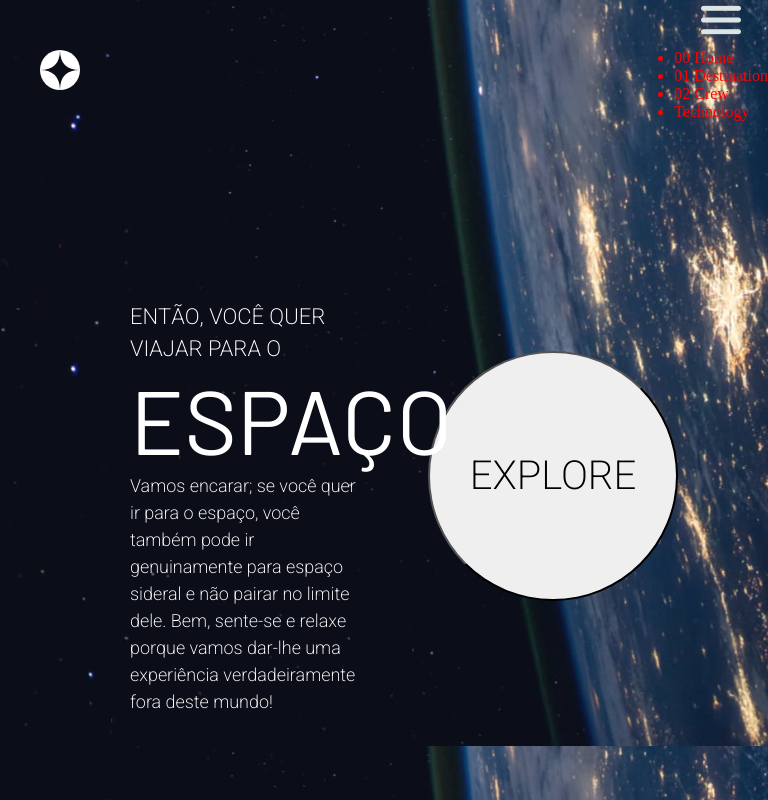
Repository: Leonngc/space-site
Page: space-tourism-website-main/space-tourism-website-main/starter-code/index.html
The author's editor kept a copy of each file at every save. The page is drawn from the files as they stood at one save, then again after a run of saves.
The browser window is 768 px wide. The pictures show the whole page.
Some web libraries are served in a nearby version.

Above is the page before, as saved 2023-04-29 16:16:46.

### space-tourism-website-main/space-tourism-website-main/starter-code/index.html
<!DOCTYPE html>
<html lang="pt-br">
<head>
  <meta charset="UTF-8">
  <meta name="viewport" content="width=device-width, initial-scale=1.0">
  <link rel="icon" type="image/png" sizes="32x32" href="./assets/favicon-32x32.png">
  <link rel="stylesheet" href="styles/menu.css">
  <link rel="stylesheet" href="styles/home.css">
  <!-- CDN FLATICON-->
  <link rel='stylesheet' href='https://cdn-uicons.flaticon.com/uicons-bold-rounded/css/uicons-bold-rounded.css'>
  <title>Frontend Mentor | Space tourism website</title>
</head>
<body>

  <header>
    <img src="assets/shared/logo.svg" alt="" class="logo">
    <div class="line"></div>

    <ul class="menu">
    <li class="item-menu active"><a href="#">00 Home</a></li>
    <li class="item-menu"><a href="#">01 Destination</a></li>
    <li class="item-menu"><a href="#">02 Crew</a></li>
    <li class="item-menu"><a href="#">03 Technology</a></li>
    </ul>



    <ul class="menu-mobile">
      <button class="burguer-button"><i class="fi fi-br-menu-burger"></i></button>
      <li class="item-menu-mobile">00 Home</li>
      <li class="item-menu-mobile">01 Destination</li>
      <li class="item-menu-mobile">02 Crew</li>
      <li class="item-menu-mobile">Technology</li>
    </ul>
  </header>

<div class="container-button">
    <button>Explore</button>
  </div>
<div class="text-box">
    <span>Então, você quer viajar para o</span>
    <h1>Espaço</h1>
    <p>
      Vamos encarar; se você quer ir para o espaço, você também pode ir genuinamente para
      espaço sideral e não pairar no limite dele. Bem, sente-se e relaxe
      porque vamos dar-lhe uma experiência verdadeiramente fora deste mundo!
    </p>
</div>



</body>
</html>

### space-tourism-website-main/space-tourism-website-main/starter-code/styles/menu.css
@import url('https://fonts.googleapis.com/css2?family=Heebo:wght@200&display=swap');

*{
    padding: 0;
    margin: 0;
}

header{
    display: flex;
    justify-content: space-between;
}

.menu{
    margin-top: 20px;
    display: flex;
    width: 90vw ;
    height: 12vh;
    position: relative;
    justify-content: space-between;
    list-style: none;
    background: rgba(255, 255, 255, 0.21);
    background: rgba(255, 255, 255, 0.08);
    box-shadow: 0 4px 30px rgba(0, 0, 0, 0.1);
    backdrop-filter: blur(5px);
    -webkit-backdrop-filter: blur(5px);
}

.item-menu{
    margin: auto;

}

.item-menu a{
    text-decoration: none;
    font-family: 'Heebo', sans-serif;
    color: white;
}

.active{
  border-bottom: 3px solid white;
}

.line{
    background-color:  rgba(255, 255, 255, 0.21);

    height: 2px;
    width: 1110px;
    margin-top: 68px;
    margin-left: 30px;
}

.logo{
    margin-top: 30px;
    margin-left: 20px;
    width: 40px;
    height: 40px;
    padding: 20px;
}

@media screen and (max-width: 900px){
    .menu{
        display: none;
    }

    .line{
        display: none;
    }

    .menu-mobile{
        color: red;
        display: flex;
        flex-direction: column;
        float: left;
    }

    .burguer-button {
        float: right;
        font-size: 40px;
        background-color: rgba(255, 255, 255, 0);
        color: #dbe5e6;
        border: none;
    }
}

### space-tourism-website-main/space-tourism-website-main/starter-code/styles/home.css
@import url('https://fonts.googleapis.com/css2?family=Barlow&display=swap');
@import url('https://fonts.googleapis.com/css2?family=Heebo:wght@200&display=swap');
/*  font-family: 'Barlow', sans-serif;
    font-family: 'Heebo', sans-serif;
*/

:root{
    --title-font: 'Barlow';
    --paragraph-font: 'Heebo';
}

body{
    background-image: url(../assets/home/background-home-desktop.jpg);
    background-size: cover;
    background-position: center center;
}


.text-box{
    margin-top: 150px;
    padding: 30px;
    margin-left: 100px;
    width: 30vw;
    color: white;
}

span{
    font-family: var(--paragraph-font);
    font-size: 22px;
    text-transform: uppercase;
}

h1{
    font-family: var(--title-font);
    font-size: 90px;
    font-weight: 200;
    text-transform: uppercase;
}

p{
    font-family: var(--paragraph-font), sans-serif;
    font-size: 18px;
}

.container-button{
    float: right;
    margin-top: 230px;
    margin-right: 90px;
    margin-bottom: 30px;
}

.container-button button{
    width: 250px;
    height: 250px;
    border-radius: 50%;
    font-size: 40px;
    font-family: var(--paragraph-font);
    font-weight: 200;
    text-transform: uppercase;
}

After the next 2 saves:
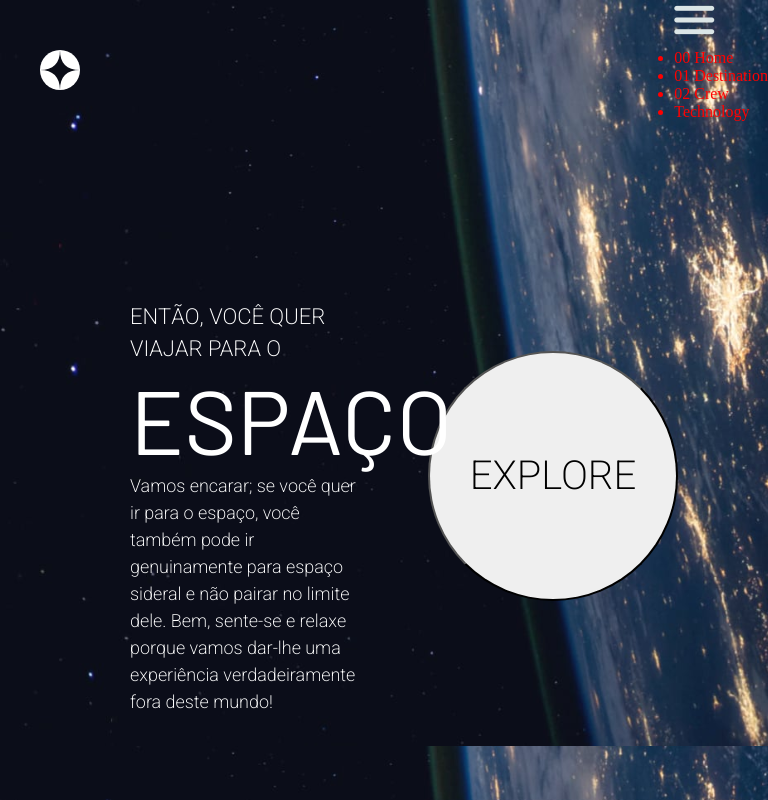
The 2 saves are shown as one change because they came seconds apart.
The last was saved 18 s later.
--- a/space-tourism-website-main/space-tourism-website-main/starter-code/styles/menu.css
+++ b/space-tourism-website-main/space-tourism-website-main/starter-code/styles/menu.css
@@ -68,13 +68,12 @@ header{
 
     .menu-mobile{
         color: red;
-        display: flex;
+
         flex-direction: column;
         float: left;
     }
 
     .burguer-button {
-        float: right;
         font-size: 40px;
         background-color: rgba(255, 255, 255, 0);
         color: #dbe5e6;
